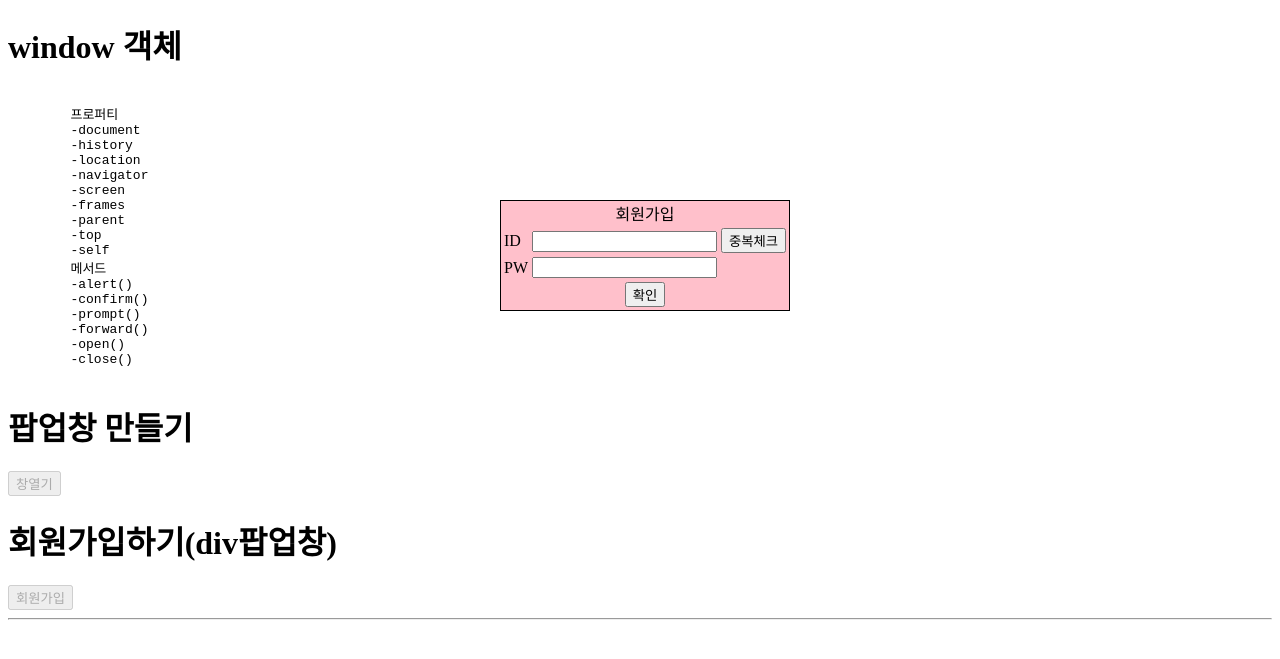
Repository: leedh909/Academy-web-
Page: 실습자료/JS(eclipse)/eclipse-js/JavaScript/WebContent/js13_window01.html
These files come from the project's save history. The page is drawn as it stood at one moment and after the next save; the edit follows.
The browser window is 1280 px wide. The pictures show the whole page.
After loading, the first visible `button[onclick="registForm();"]` was clicked once.

Above is the page before, as saved 2020-06-15 04:36:18.

After the next save:
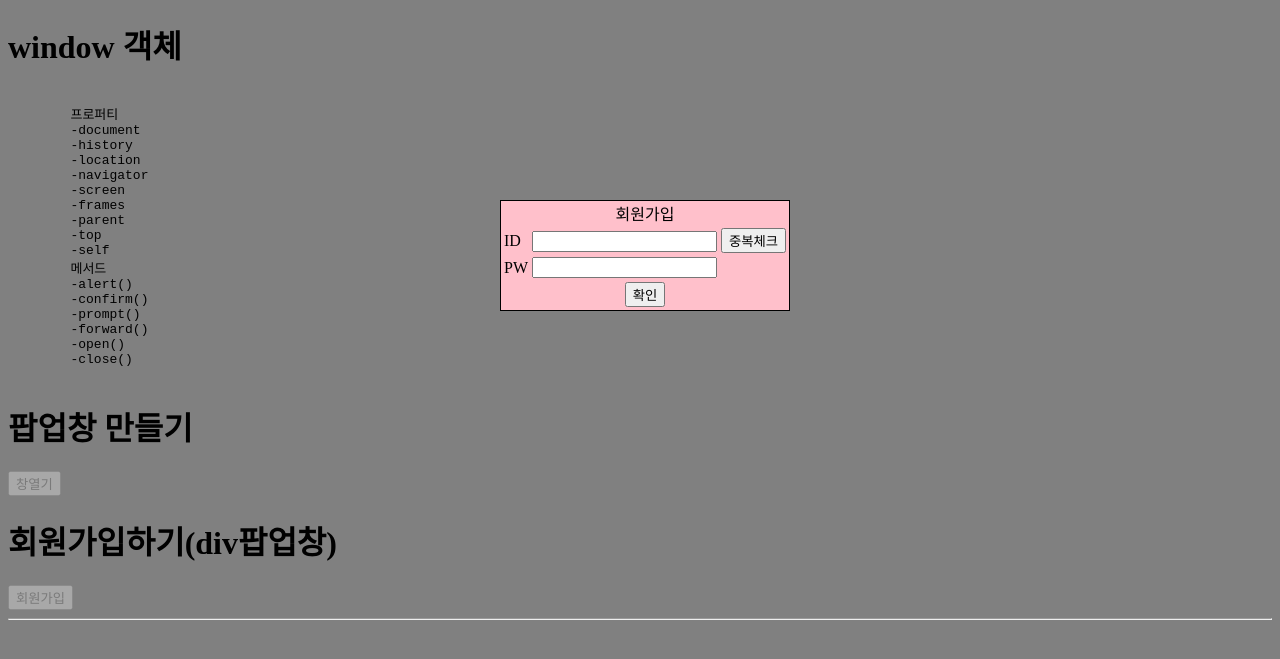
Saved 81 s later.
--- a/실습자료/JS(eclipse)/eclipse-js/JavaScript/WebContent/js13_window01.html
+++ b/실습자료/JS(eclipse)/eclipse-js/JavaScript/WebContent/js13_window01.html
@@ -23,6 +23,7 @@
 	}
 	function registForm() {
 		document.getElementById("regist").style.display = "block";
+		document.body.style.background = "gray";
 
 		var btns = document.getElementsByName("btn");
 
